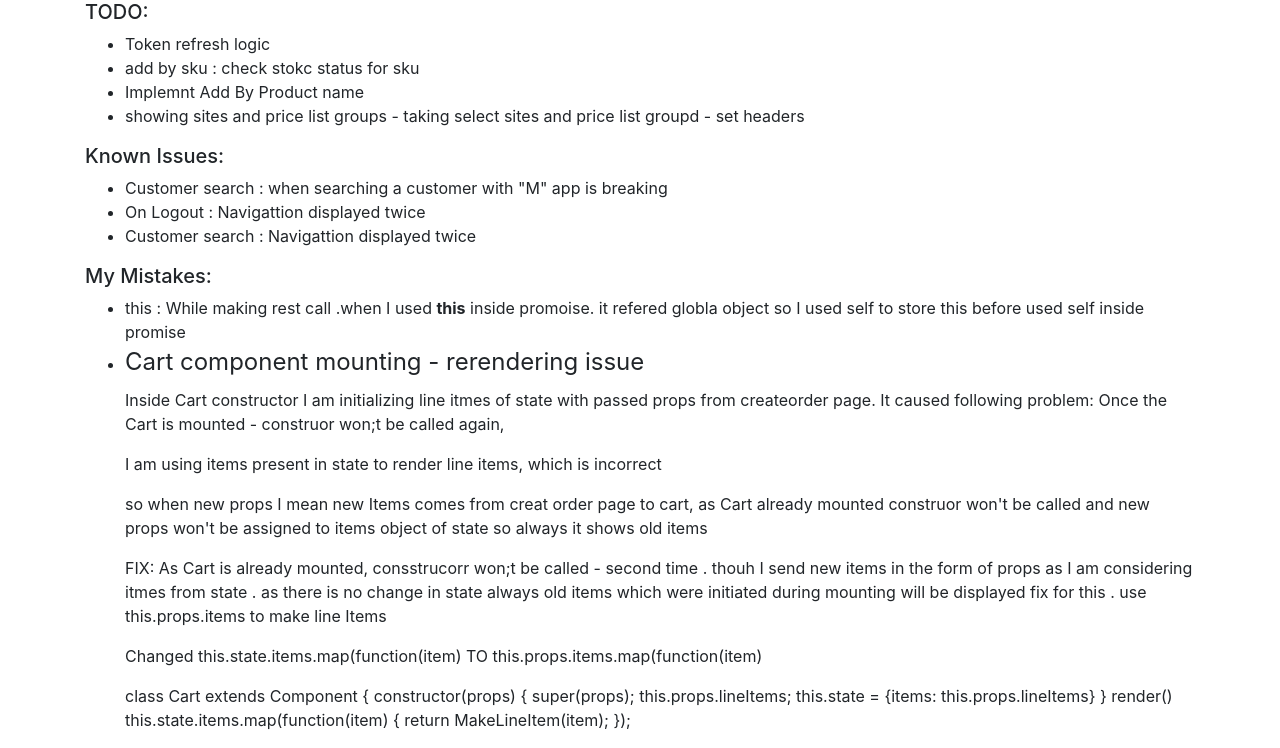
Repository: testtiger/reactagent
Page: /todo
These files come from the project's save history. The page is drawn as it stood at one moment and after a run of saves; the edit follows.
The browser window is 1280 px wide. The pictures show the whole page.
The project was rebuilt for these pictures with package versions that can differ from the ones it lists, and the page was loaded fresh each time. Also part of the build but not shown: src/components/Agent/Rest/agent-rest-client.js, src/components/Agent/Dashboard/quicklinks.jsx, src/components/Agent/Dashboard/announcements.jsx, src/components/Agent/Dashboard/recentorders.jsx, src/components/Agent/Dashboard/pendingactions.jsx, src/components/Agent/Dashboard/DashboardPage.jsx, src/components/Agent/Shared/Navigation.jsx, src/components/Agent/Login/loginpage.jsx and 12 more.

Above is the page before, as saved 2018-12-15 16:53:54.

After the next 2 saves:
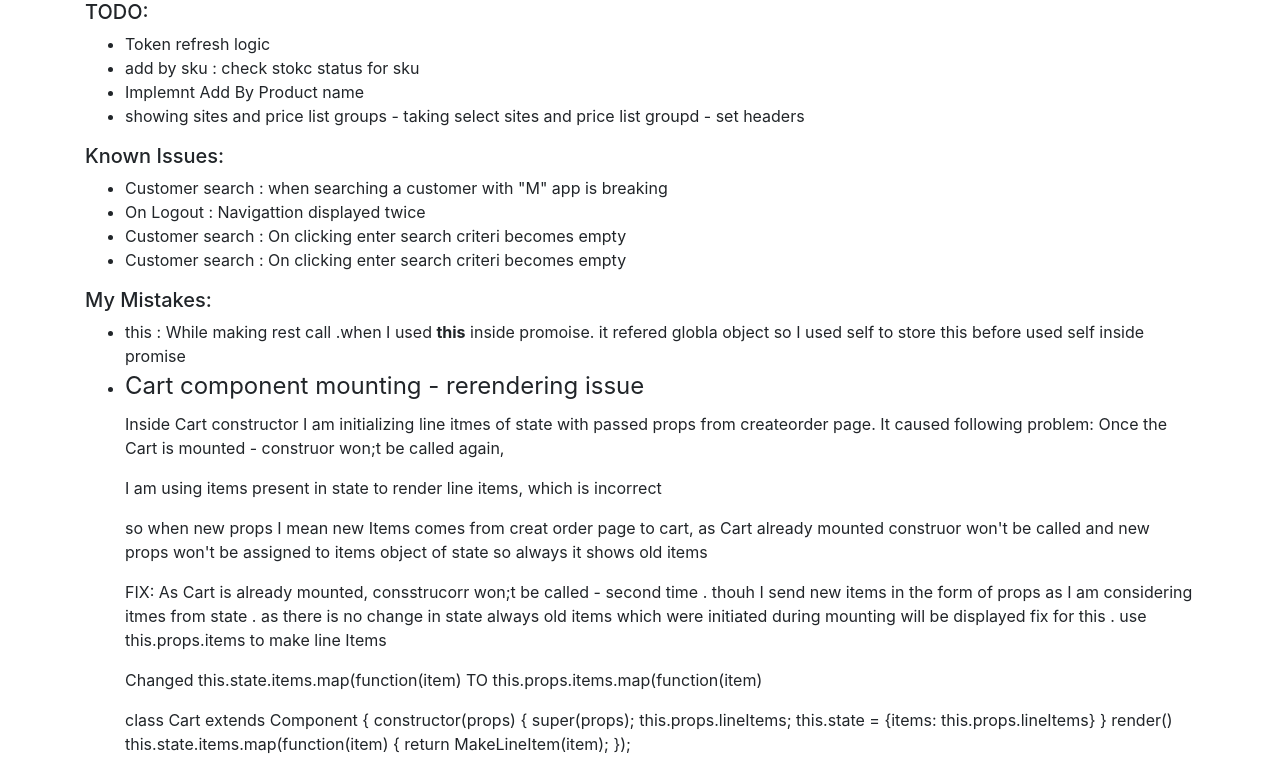
The 2 saves are shown as one change because they came seconds apart.
The last was saved 22 s later.
--- a/src/components/Agent/BugsTODO/TODO.jsx
+++ b/src/components/Agent/BugsTODO/TODO.jsx
@@ -21,7 +21,12 @@ export default class TODO extends Component {
             Customer search : when searching a customer with "M" app is breaking
           </li>
           <li>On Logout : Navigattion displayed twice</li>
-          <li>Customer search : Navigattion displayed twice</li>
+          <li>
+            Customer search : On clicking enter search criteri becomes empty
+          </li>
+          <li>
+            Customer search : On clicking enter search criteri becomes empty
+          </li>
         </ul>
         <h5>My Mistakes:</h5>
         <ul>
